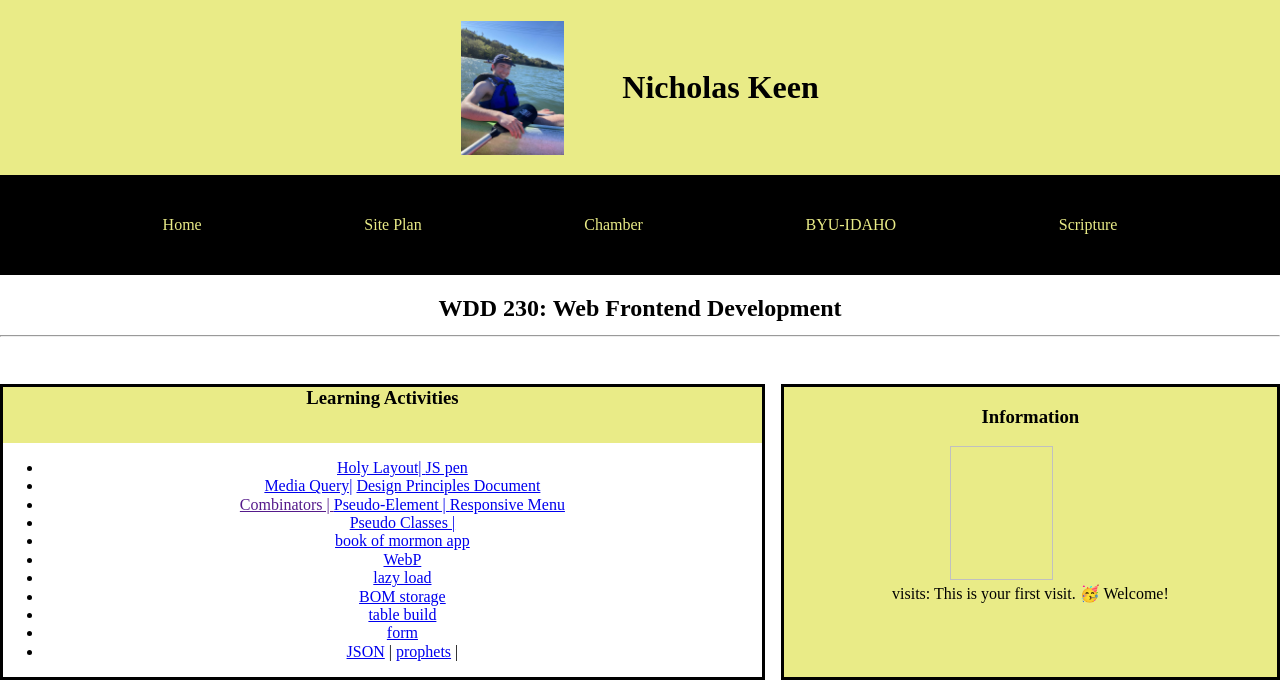
Repository: nak97/WDD230
Page: index.html
The author's editor kept a copy of each file at every save. The page is drawn from the files as they stood at one save, then again after the next save.
The browser window is 1280 px wide. The pictures show the part of the page from y = 0 to 680 px (the page is 1269 px tall).
Pictures or frames that could not be fetched are drawn as grey boxes. Some icons come from a web library that is not loaded, so they are not drawn. Some web libraries are served in a nearby version.

Above is the page before, as saved 2023-11-16 14:41:31.

### index.html
<!DOCTYPE html>
<html lang="en-US">
<head>
  <meta charset="UTF-8">
  <meta name="viewport" content="width=device-width, initial-scale=1.0">
  <title>Nick Keen - WDD 230 - Web Frontend Development</title>
  <meta name="description" content="WDD 230 - Nicholas Keen  - Web Frontend Development projects">
  <meta name="author" content="Nicholas Keen">
  <link rel="stylesheet" href="./styles/normalize.css">
  <link rel="stylesheet" href="./styles/base.css">
  <link rel="stylesheet" href="./styles/media.css">
  <link rel="icon" href="favicon.ico">
  <meta property="og:title" content="facebook"/>
  <meta property="og:type" content="website" />
  <meta property="og:url" content="facebook.com" />
  <meta property="og:image" content="images/facebook-meta-tag-pic.png" />
</head>
<body>

  <header>
    <button type="button" id="menu" ><i class="fa-regular fa-bars"></i></button>
    <img src="images/Snapchat-1695523002.jpg" alt="img">
    <h1>
      Nicholas Keen
    </h1>
  </header>
  <nav class="navigation" >

    <a href="#">Home</a>
    <a href="./lesson03/chamber-site-plan.html" target="_blank">Site Plan</a>
    <a href="chamber/index.html" target="_blank">Chamber</a>
    <a href="https://www.byui.edu/" target="_blank">BYU-IDAHO</a>
    <a href="https://www.churchofjesuschrist.org/study/scriptures/bofm/alma/27?lang=eng&id=p18#p18" target="_blank">Scripture</a>
  </nav>

  <main>
    <h2 class="title">
      WDD 230: Web Frontend Development
      <hr>
    </h2>

    <section class="card card-1">
      <h3> Learning Activities </h3>
      <ul>
        <li>
          <a href="#"> Holy Layout| </a> <a href="#">JS pen</a>
        </li>
        <li>
          <a href="#"> Media Query|</a> <a href="./lesson02/design-principles.html" target="_blank">Design Principles Document</a>
        </li>
        <li>
          <a href="">Combinators | </a> <a href="https://codepen.io/blazzard-jason/pen/LYjLRqN">Pseudo-Element | </a> <a href="https://codepen.io/nak97/pen/LYMmWJq">Responsive Menu</a>
        </li>
        <li>
          <a href="https://codepen.io/nak97/pen/BavqOoJ">Pseudo Classes | </a>
        </li>
        <li>
          <a href="./lesson05/bom.html">book of mormon app</a>
        </li>
        <li>
          <a href="./lesson03/images/landscape.webp">WebP</a>
        </li>
        <li>
          <a href="./lesson03/lazy-loading/lazy-load.html"> lazy load</a>
        </li>
        <li>
          <a href="./local-storage/bom-storage.html">BOM storage</a>
        </li>
        <li>
          <a href="./lesson08/tablebuild.html"> table build</a>
        </li>
        <li>
          <a href="./form.html">form</a>
        </li>

        <li>
          <a href="./lesson09/new-ward-members.json">JSON</a> |  <a href="./lesson09/prophets.html">prophets</a> | <a href=""></a>
        </li>
      </ul>
    </section>

    <section class="card card-2">
      <h3>
        Information
      </h3>
      <div id="weather-info"> <img id="icon"></img> <span id="temperature"></span> <span id="weather-description"> </span> </div>
      <div><span class="label"> </span> visits: <span class="visits"></span></div>



    </section>


  </main>

  <iframe src="https://www.google.com/maps/embed?pb=!1m18!1m12!1m3!1d54988.89090360679!2d-97.71421805902354!3d30.52653335449952!2m3!1f0!2f0!3f0!3m2!1i1024!2i768!4f13.1!3m3!1m2!1s0x8644d1a4ed2d22e7%3A0x7217259ede04b10!2sRound%20Rock%2C%20TX!5e0!3m2!1sen!2sus!4v1695938363198!5m2!1sen!2sus" width="600r" height="450" style="border:0;" allowfullscreen="" loading="lazy" referrerpolicy="no-referrer-when-downgrade"></iframe>

  <footer>
    <p>
      <i class="fa-sharp fa-light fa-copyright"></i>2023
    </p>
   <p>
    Nicholas Keen Texas <br>
   </p>

   <p id="lastModified">

   </p>

  </footer>
  <script src="./scripts/weather.js"></script>
  <script src="./scripts/windChill.js"></script>
  <script src="./scripts/vist.js"></script>
  <script src="./scripts/getdates.js"></script>
  <script src="./scripts/menu.js"></script>
  <script src="https://kit.fontawesome.com/615002bc5f.js" crossorigin="anonymous"></script>
<!-- <script src="./scripts/links.js"></script> -->
</body>
</html>

### styles/base.css
body{
  text-align: center;
  text-decoration: none;
}

button {
  display: none;
}
header {
  display: flex;
    justify-content: center;
    margin-top: auto;
    margin-bottom: auto;
    margin-right: auto;
    margin-left: auto;
    width: 100%;
    background-color: #E9EB87;
    height: 10.9375rem;
}
header h1 {
  margin-top: auto;
  margin-bottom: auto;
}
img{
  height: 8.375rem;
  width: 6.4375rem;
  margin-right: 3.625rem;
  margin-top: auto;
  margin-bottom: auto;
}
nav {
  display: flex;
  background-color: black;
  width: 100%;
  height: 6.25rem;
  justify-content: space-evenly;
  align-items: center;
}

.title {
  grid-area: title ;
}

nav a {
  color: #E9EB87;
  text-decoration: none;
}
hr {width: 28.9375}

.sun  {
  width: 4rem;
  height: 4rem;
  float: left;
}
main {
  display: grid !important;
  grid-template-rows: .1fr 1fr;
  justify-content: center;
  grid-template-columns: 1fr .5fr 1fr;
  grid-template-areas:
  " title title title"
  "card-1 card-1 card-2";
  grid-gap: 1rem;

}

.card-1 {
 grid-area: card-1;

}
.card-1 h3{
background-color: #E9EB87;
margin: 0;
padding-bottom: 2.125rem;
}

.card-2 {
  background-color: #E9EB87;
  grid-area: card-2;
}
.card {

  border: black 3px solid;
}

footer {
  display: flex;
  margin-top: 1.75rem;
  max-width: 62.0625rem;
  margin-left: auto;
  margin-right: auto;
  justify-content: center;
  border: 0.1875rem black solid;
  height: 4.375rem;
  background-color: #E9EB87;

}

iframe {
  width: 37.5rem;
  height: 30rem;
}

.fa-sharp fa-light fa-copyright {
  color: #050505;
}

### styles/media.css
@media screen and (max-width: 578px) {
  body{
    text-align: center;
    text-decoration: none;
  }

  nav {
    display: none !important;

  }
   main {
     grid-template-areas:
     " title"
     " card-1"
     " card-2";
     grid-template-columns: 1fr ;
     margin-bottom: 1rem;
  }

  iframe {
      width: 22.5rem;

  }

button {
  position: absolute;
  right: 1rem;
  display: block;
}

}

### scripts/weather.js
// const url = 'https://api.openweathermap.org/data/2.5/weather?lat=49.75&lon=6.64&appid=8dfd9f3c65a6ef4eaae72e5c410d646b&units=imperial';
let weather = {
  "apikey" : "8dfd9f3c65a6ef4eaae72e5c410d646b ",
  fetchWeather: function ( ){
    fetch(
      'https://api.openweathermap.org/data/2.5/weather?lat=49.75&lon=6.64&appid=8dfd9f3c65a6ef4eaae72e5c410d646b&units=imperial'
      ).then((response) => response.json())
      .then((data) => this.displayWeather(data));
},
displayWeather: function(data){
const{temp} = data.main ;
const{icon, description}= data.weather[0];
console.log(temp,icon,description);
document.querySelector('#temperature').innerText = temp + '°F -';
document.querySelector('#icon').src = 'https://openweathermap.org/img/wn/10n.png';
document.querySelector('#weather-description').innerText = description;
}
}

### scripts/windChill.js
// const element = document.getElementById("weather-info");
// document.getElementById("temperature").innerHTML = "Temperature: 100 F";
// document.getElementById("wind-speed").innerHTML = "wind speed: 10 mph";



// const windChill = 35.74 + 0.6215 * 100 - 35.75 * (10**0.16)


// document.getElementById("wind-chill").textContent = "Wind Chill: "+ windChill;

### scripts/vist.js
const visitsDisplay = document.querySelector(".visits");

let numVisits = Number(window.localStorage.getItem("numVisits-ls")) || 0;

if (numVisits !== 0){
  visitsDisplay.textContent = numVisits;
} else {
  visitsDisplay.textContent = 'This is your first visit. 🥳 Welcome! ';

}

numVisits++;
localStorage.setItem("numVisits-ls", numVisits);

### scripts/getdates.js
var date = document.lastModified;
document.getElementById("lastModified").innerHTML = "The document was last modified on : " + date;

### scripts/menu.js
const hamButton = document.querySelector("#menu");
const navigation = document.querySelector('.navigation');

hamButton.addEventListener('click', () => {
	navigation.classList.toggle('open');
	hamButton.classList.toggle('open');
});

Loaded but not shown: styles/normalize.css (library)

After the next save:
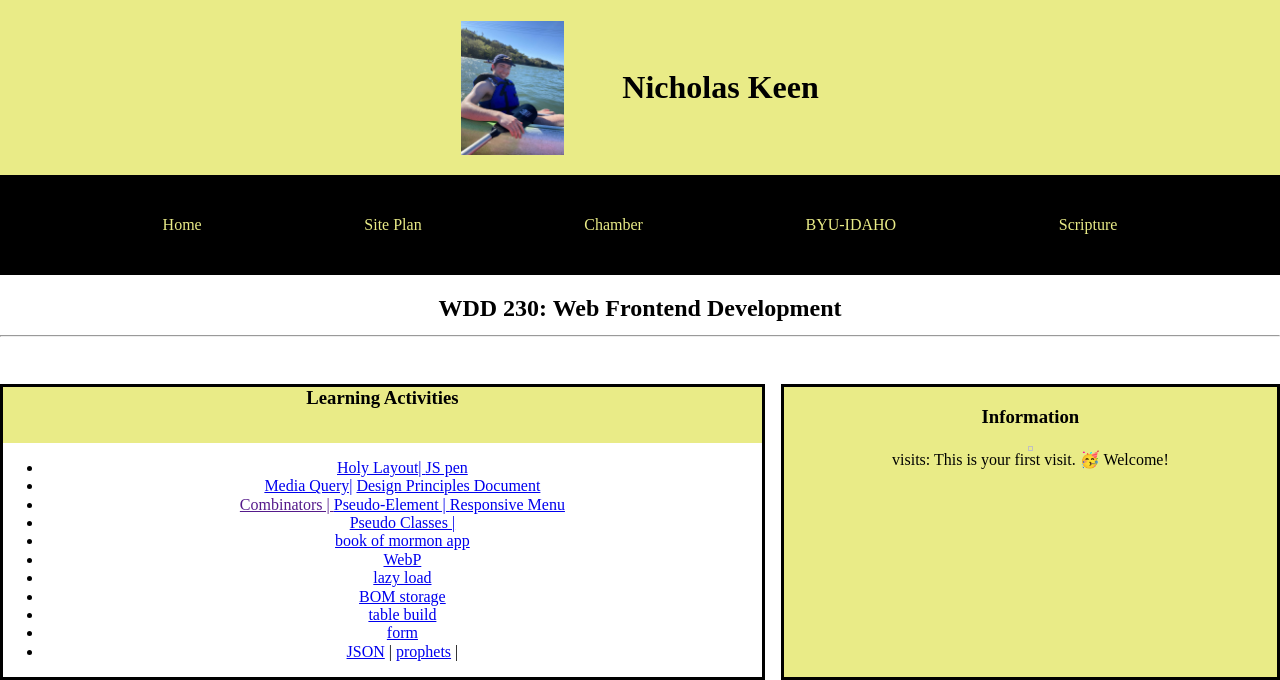
Saved 8 min 31 s later.
--- a/styles/base.css
+++ b/styles/base.css
@@ -47,11 +47,11 @@ nav a {
 }
 hr {width: 28.9375}
 
-.sun  {
+/* .sun  {
   width: 4rem;
   height: 4rem;
   float: left;
-}
+} */
 main {
   display: grid !important;
   grid-template-rows: .1fr 1fr;
@@ -104,3 +104,17 @@ iframe {
 .fa-sharp fa-light fa-copyright {
   color: #050505;
 }
+
+
+#weather-info{
+  display: flex;
+  align-items: center;
+  justify-content: center;
+}
+#icon {
+  margin: 0;
+  height: 5px;
+  width: 5px;
+  padding: 0;
+
+}
